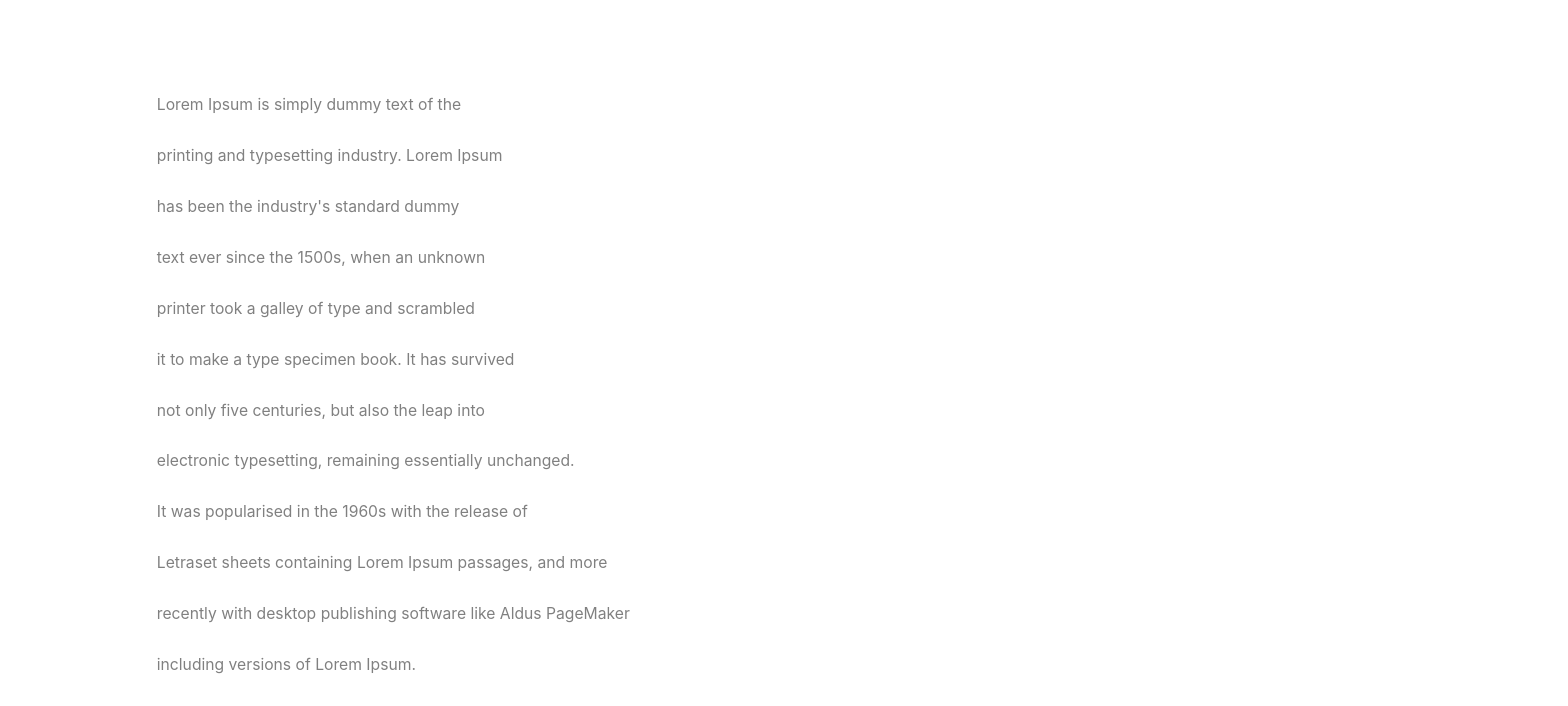
Repository: eg7eg7/Text-Play
Page: /
An editor plug-in stored every save of this project. The page is shown before and after the next save, followed by the edit.
The browser window is 1280 px wide. The page is 1440 px wide, then 1600 px, so the pictures cover 1600 px, including what lies to the right of the window. The pictures show the whole page, at 98% of full size.
The project was rebuilt for these pictures with package versions that can differ from the ones it lists, and the page was loaded fresh each time.

Above is the page before, as saved 2021-01-11 23:20:05.

### src/index.tsx
import React from 'react';
import ReactDOM from 'react-dom';
import './index.css';
import { TextPlay } from './TextPlay';
import reportWebVitals from './reportWebVitals';

ReactDOM.render(
  <React.StrictMode>
    <TextPlay />
  </React.StrictMode>,
  document.getElementById('root')
);

// If you want to start measuring performance in your app, pass a function
// to log results (for example: reportWebVitals(console.log))
// or send to an analytics endpoint. Learn more: https://bit.ly/CRA-vitals
reportWebVitals();

### src/TextPlay.tsx
import React, { Component } from 'react';
import './TextPlay.css';
type TextState = {
    text: Map<string, number>
    textState: number;
    defaultState: number;
}
export class TextPlay extends Component<{}, TextState> {
    tick() {
        const textMap = new Map();
        textMap.set("Lorem Ipsum is simply dummy text of the", 1);
        textMap.set("printing and typesetting industry. Lorem Ipsum", 2);
        textMap.set("has been the industry's standard dummy ", 3);
        textMap.set("text ever since the 1500s, when an unknown ", 4);
        textMap.set("printer took a galley of type and scrambled ", 1);
        textMap.set("it to make a type specimen book. It has survived", 1);
        textMap.set("not only five centuries, but also the leap into ", 3);
        textMap.set("electronic typesetting, remaining essentially unchanged. ", 1);
        textMap.set("It was popularised in the 1960s with the release of ", 3);
        textMap.set("Letraset sheets containing Lorem Ipsum passages, and more ", 2);
        textMap.set("recently with desktop publishing software like Aldus PageMaker ", 1);
        textMap.set("including versions of Lorem Ipsum.", 1);
        this.setState({
            defaultState: 0,
            textState: 0,
            text: textMap
        });
    }

    componentWillMount() {
        this.tick();
    }

    componentDidMount() {
        this.tick();
    }

    createTextDivs(): React.ReactNode  {
        const values = [];
        let keys = Array.from(this.state.text.keys());
        for(var string of keys) {
            const value = this.state.text.get(string) || this.state.defaultState;
            values.push(<div className="textBlock" onMouseEnter={() => this.setState({ textState: value }) }>
            {
              this.state.textState === value ? (
                <p className="bold">{string}</p>
              ) : (
                <p className="hide">{string}</p>
              )
            }
          </div>);
        };
        return values;
    }
    render() {
        console.log(this.state.textState);;
        return <div className="TextPlay">{this.createTextDivs()}</div>
      }
}

### src/TextPlay.css

p.hide {
    color:grey;
}
p.bold {
    font-weight: bold;
    color:black;
}

p {
    /* width:18em; */
}
div.textBlock {
    float: left;
}
.textBlock {
    clear: left;
    display:inline-block;
    margin-top: 0em;
}
.TextPlay {
    margin-top: 2em;
    margin-bottom: 5em;
    margin-left: 10em;
    text-align: justify;
    width:100%;
    margin-right: 10em;
}

Loaded but not shown: public/index.html (common file); src/index.css (common file); src/reportWebVitals.ts (common file)

After the next save:
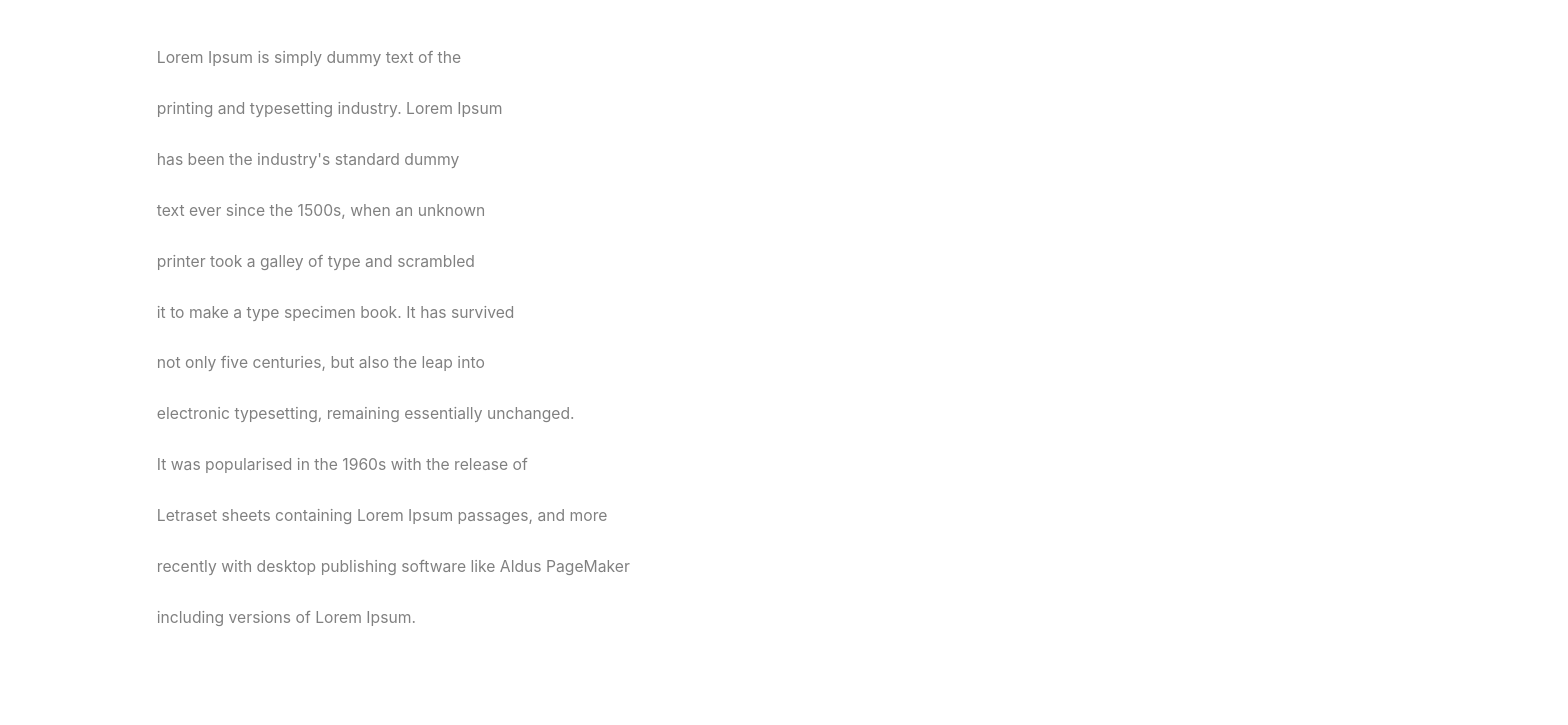
Saved 8 s later.
--- a/src/TextPlay.css
+++ b/src/TextPlay.css
@@ -15,7 +15,6 @@ div.textBlock {
 }
 .textBlock {
     clear: left;
-    display:inline-block;
     margin-top: 0em;
 }
 .TextPlay {
@@ -24,5 +23,6 @@ div.textBlock {
     margin-left: 10em;
     text-align: justify;
     width:100%;
+    display:inline-block;
     margin-right: 10em;
 }
